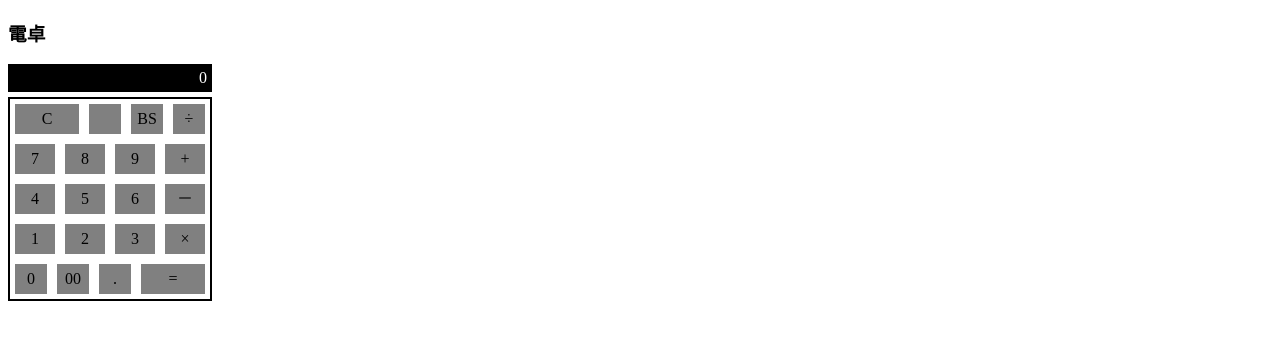
Repository: haya67/jsCalculator
Page: index.html
The author's editor kept a record of every edit. The page is drawn from the files as they stood at one moment, then again after the next edit.
The browser window is 1280 px wide. The pictures show the whole page.
Some web libraries are served in a nearby version.

Above is the page before.

### index.html
 <!DOCTYPE html>
 <html lang="en">
 <head>
 <meta charset="utf-8">
 <script src="https://code.jquery.com/jquery-3.2.1.js" integrity="sha256-DZAnKJ/6XZ9si04Hgrsxu/8s717jcIzLy3oi35EouyE=" crossorigin="anonymous"></script>
 <link rel="stylesheet" href="main.css">
 <title>電卓</title>
 </head>

 <body>
 <h3>電卓</h3>

 <!-- ここに記述していきましょう！ -->
 <div class = "container">

<!--      計算結果を出力する場所-->
      <div id = "output_total" class="output ">0</div>

<!--      計算過程を出力する -->
      <div id = "output_sub" class="output active">0</div>

<!--      ボタンを配置する場所-->
      <div class = 'input'>
          <section class = 'row'>
            <div id = "clear">C</div>
            <div class = "num_bth"></div>
            <div class = "num_bth" id="bs">BS</div>
            <div class = "num_bth cal" data-index-id= '/'>÷</div>
          </section>
          <section class = 'row'>
            <div class = "num_bth one_nine " data-index-id = 7 >7</div>
            <div class = "num_bth one_nine " data-index-id = 8 >8</div>
            <div class = "num_bth one_nine " data-index-id = 9 >9</div>
            <div class = "num_bth cal" data-index-id = '+'>+</div>

          </section>
          <section class = 'row'>
            <div class = "num_bth one_nine " data-index-id = 4 >4</div>
            <div class = "num_bth one_nine " data-index-id = 5 >5</div>
            <div class = "num_bth one_nine " data-index-id = 6 >6</div>
            <div class = "num_bth cal" data-index-id = '-'>－</div>
          </section>
          <section class = 'row'>
            <div class = "num_bth  one_nine" data-index-id = 1 >1</div>
            <div class = "num_bth  one_nine" data-index-id = 2 >2</div>
            <div class = "num_bth one_nine " data-index-id = 3 >3</div>
            <div class = "num_bth cal" data-index-id = '*'>×</div>
          </section>
          <section class = 'row'>
            <div class = "num_bth" id="zero" data-index-id = 0 >0</div>
            <div class = "num_bth" data-index-id = 00 >00</div>
            <div class = "num_bth" id="point" data-index-id = . >.</div>
            <div id = 'equal_btn'>=</div>
          </section>
      </div>
    </div>

 <script src="main.js"></script>
 </body>
 </html>

### main.css
.container {
  width: 200px;
}

.output {
  width: 194px;
  text-align: right;
  padding: 5px;
  margin-bottom: 5px;
  color: white;
  background-color: black;
  /*box-sizing: border-box;*/
  display:none;
}

.output.active {
  display:block;
}

.input {
  width:200px;
  border: 2px solid black;
}

.row {
  display: flex;
  justify-content: space-between;
  width: 200px;
}

.num_bth {
  width: 60px;
  height: 30px;
  text-align: center;
  line-height: 30px;
  background: gray;
  cursor: pointer;
  margin: 5px;
}

#clear, #equal_btn{
  width: 120px;
  text-align: center;
  line-height: 30px;
  background: gray;
  cursor: pointer;
  margin: 5px;
}

### main.js
$(document).ready(function(){

    const num_bth = document.querySelectorAll('.num_bth');

    // 計算結果を表示する所
    let output_sub = document.getElementById('output_sub');

    // 計算過程を表示するところ
    const output_total = document.getElementById('output_total');

    // 計算式を表す変数
    let total = 0;

    // // 最初の状態を定義
    let state = 'start';

    // 最初の整数入力モード
    let mode = 'integer_mode';


    // 1~9を押した時
    const one_nine = document.querySelectorAll ('.one_nine');
    one_nine.forEach(index => {
        index.addEventListener('click', () => {
            if(state === 'start') {
                total = index.dataset.indexId;
            }else if (state === 'finish') {
                reset();
                total = index.dataset.indexId;
            }else if (state === 'calculation' ) {
                total += index.dataset.indexId;
            }
            output_sub.textContent = total;
            state = 'calculation'
            // changeOutput()
        });
    });


    // 0を押したとき
    const zero = document.getElementById('zero');
    zero.addEventListener('click', () => {
        if(state === 'start' || state === 'finish' || state === 'calBtn'){
            if(output_sub.textContent.slice(-1) === '0') {
                console('前の文字はゼロ');
                return;
            }
        }

        if(state === 'start') {
            total = zero.dataset.indexId;
        }else {
            total += zero.dataset.indexId;
        }
        output_sub.textContent = total;
    });


    // .を押したとき
    const point = document.getElementById('point');
    point.addEventListener('click' , () => {
        console.log(point.dataset.indexId)
        if(mode === 'decimal_mode') {
            return;
        }
        if (state === 'start' || state === 'finish' ) {
            total = 0;
        }else if(state = 'calBtn') {
            if(output_sub.textContent.slice(-1) !=='0'){
                total += 0;
            }
        }
        total += point.dataset.indexId

        output_sub.textContent = total;
        state = 'calculation';
        mode = 'decimal_mode';

    });

    // +÷-×を押したとき
    const cal = document.querySelectorAll('.cal');
    cal.forEach(index => {
        index.addEventListener('click' , () => {
            if (state === 'start') {
                return;
            }else if(state === 'calculation') {
                total += index.dataset.indexId;
            }else if(state === 'finish') {
                total = output_total.textContent;
                total += index.dataset.indexId;
                output_total.textContent = 0;
            }
            console.log(index.dataset.indexId);
            output_sub.textContent = total;
            state = 'calBtn';
            mode = 'integer_mode';
        });
    });




    // =を押した時
    const equal_btn = document.getElementById('equal_btn');
    equal_btn.addEventListener('click', () => {
        console.log(eval(total));
        output_total.textContent = eval(total);
        state = 'finish';
        mode = 'integer_mode';
    });


    // Cを押した時
    const clear = document.getElementById('clear')
    clear.addEventListener('click' , () =>{
        reset();
    });

    function reset() {
        total = 0;
        output_sub.textContent = 0;
        output_total.textContent = 0;
        mode = 'integer_mode';
    };


    // // 計算過程画面と計算結果画面の切り替え
    function changeOutput() {
        if (state === 'finish') {
            output_total.classList.add('active');
            output_sub.classList.remove('active');
        } else{
            output_sub.classList.add('active');
            output_total.classList.remove('active');
        }
    };





})

After the next edit:
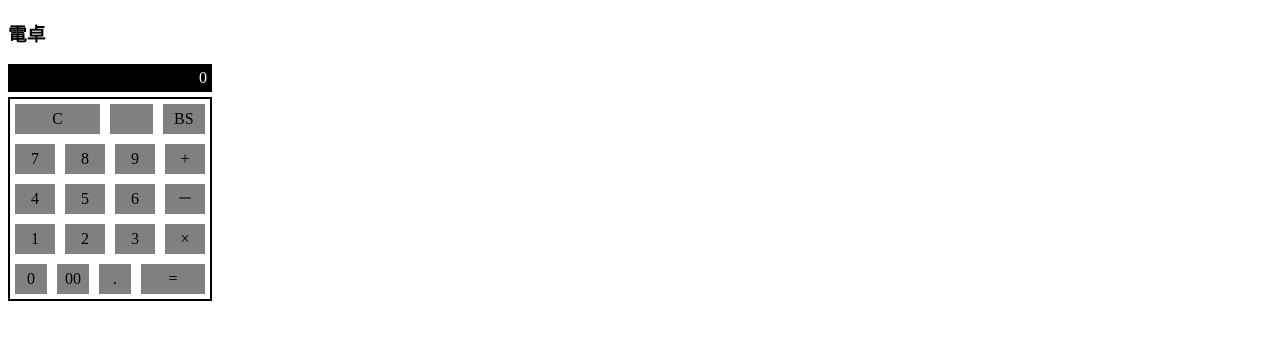
The edit:
--- a/index.html
+++ b/index.html
@@ -25,7 +25,7 @@
             <div id = "clear">C</div>
             <div class = "num_bth"></div>
             <div class = "num_bth" id="bs">BS</div>
-            <div class = "num_bth cal" data-index-id= '/'>÷</div>
+
           </section>
           <section class = 'row'>
             <div class = "num_bth one_nine " data-index-id = 7 >7</div>
